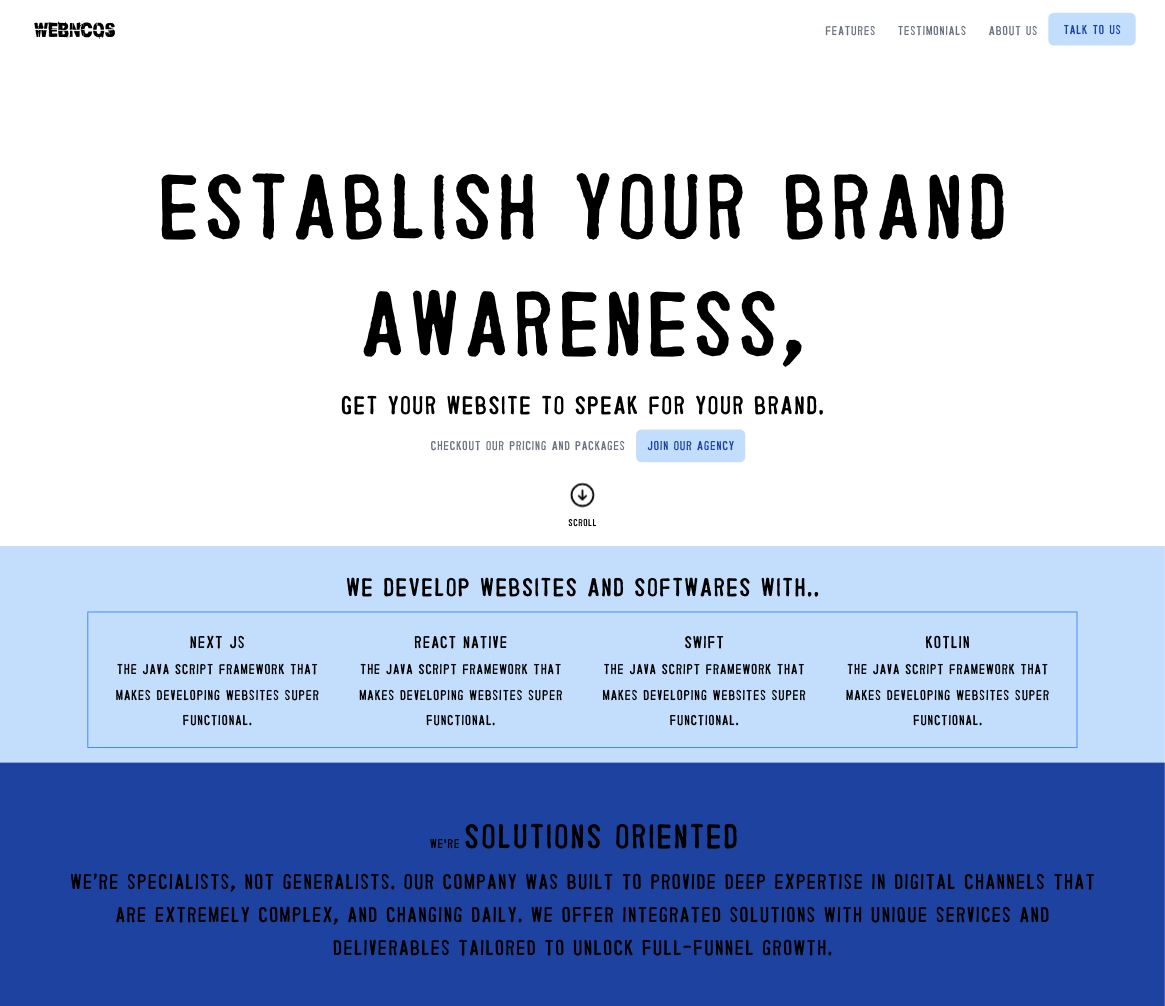
Repository: 1realjulius/webncos
Page: /
An editor plug-in stored every save of this project. The page is shown before and after the next save, followed by the edit.
The browser window is 1280 px wide. The pictures show the whole page, at 91% of full size.
The project was rebuilt for these pictures with package versions that can differ from the ones it lists, and the page was loaded fresh each time. The framework's server and built-in components were replaced by stand-ins that run in the browser. Also part of the build but not shown: next.config.js.

Above is the page before, as saved 2022-09-02 11:34:49.

### pages/index.tsx
import type { NextPage } from "next";
import Head from "next/head";
import ComingSoon from "../components/ComingSoon";
import MainHome from "../components/MainHome";
import NavigationBar from "../components/NavigationBar";

const Home: NextPage = () => {
  return (
    <div className="flex min-h-screen flex-col font-parcel">
      <Head>
        <title>Webncos</title>
        <meta
          name="description"
          content="Website and Software Development Agency."
        />
        <meta property="og:type" content="website" />
        <meta property="og:url" content="https://www.webncos.com/" />
        <meta
          property="og:title"
          content="Webncos — Website and Software Development Agency."
        />
        <meta
          property="og:description"
          content="Website and Software Development Agency."
        />
        {/* <meta property="og:image" content="/Assets/newmemoji.svg"/> */}
        {/* <meta property="twitter:card" content="/Assets/Julius_Eghan.jpg"/> */}
        <meta property="twitter:url" content="https://www.webncos.com/" />
        <meta
          property="twitter:title"
          content="Webncos — Website and Software Development Agency."
        />
        <meta
          property="twitter:description"
          content="Website and Software Development Agency."
        />
        {/* <meta property="twitter:image" content="/Assets/Julius_Eghan.jpg"/> */}
        <link rel="icon" href="/favicon.ico" />
        <link
          rel="apple-touch-icon"
          sizes="180x180"
          href="/apple-touch-icon.png"
        />
        <link
          rel="icon"
          type="image/png"
          sizes="32x32"
          href="/favicon-32x32.png"
        />
        <link
          rel="icon"
          type="image/png"
          sizes="16x16"
          href="/favicon-16x16.png"
        />
        <link rel="manifest" href="/site.webmanifest" />
        {/* <meta name="google-site-verification" content="0HesePHVymRqGiL70HUKPIq0Zsap0uUIb_Ci0DpImRY" /> */}
        <meta
          name="theme-color"
          content="#2563eb"
          media="(prefers-color-scheme: light)"
        />
        <meta
          name="theme-color"
          content="#2563eb"
          media="(prefers-color-scheme: dark)"
        />
      </Head>
      <NavigationBar />
      <MainHome />
    </div>
  );
};

export default Home;

### styles/globals.css
@tailwind base;
@tailwind components;
@tailwind utilities;

@layer base{
      @font-face{
        font-family: 'ApercuBold';
        src: url("/Fonts/ApercuPro-Bold.woff") format("woff"),url("/Fonts/ApercuPro-Bold.woff2") format("woff2");
      }
      @font-face{
        font-family: 'ApercuMedium';
        src: url("/Fonts/ApercuPro-Medium.woff") format("woff"),url("/Fonts/ApercuPro-Medium.woff2") format("woff2");
      }
      @font-face{
        font-family: 'circularBlack';
        src: url("/Fonts/circular-black.woff2") format("woff2");
      }
      @font-face{
        font-family: 'circularBold';
        src: url("/Fonts/circular-bold.woff2") format("woff2");
      }
      @font-face{
        font-family: 'circularBook';
        src: url("/Fonts/circular-book.woff2") format("woff2");
      }
      @font-face{
        font-family: 'circularMedium';
        src: url("/Fonts/circular-medium.woff2") format("woff2");
      }
      @font-face{
        font-family: 'parcel';
        src: url("/Fonts/parcel.woff2") format("woff2"), url("/Fonts/parcel.woff") format("woff");
      }
    }

### components/MainHome.tsx
import Link from "next/link";
import React from "react";
import Image from "next/image";
import FeatureImg from "/Assets/Julius_Eghan.jpg";
import FImg from "/Assets/Julius_Eghan.jpg";

const MainHome = () => {
  return (
    <div className="max-w-7xl">
      {/* header */}
      <div>
        <div className=" flex flex-col items-center justify-center mt-20 mb-4">
          <div className="pt-4 pb-2">
            <h1 className="text-6xl md:text-9xl text-center font-parcel px-2">
              ESTABLISH YOUR BRAND AWARENESS,
            </h1>
          </div>
          <div className="">
            <h2 className="text-2xl md:text-4xl font-parcel px-2">
              GET YOUR WEBSITE TO SPEAK FOR YOUR BRAND.
            </h2>
          </div>
          <div className="flex flex-col md:flex-row items-center">
            <div className="px-3 py-1 my-2">
              <Link href="#">
                <h3 className="text-gray-500 hover:text-gray-900 cursor-pointer text-lg">
                  Checkout Our Pricing And Packages
                </h3>
              </Link>
            </div>
            <Link href="#">
              <div className="px-3 py-1 rounded-md bg-blue-200 active:bg-blue-300 my-2 cursor-pointer">
                <h3 className="text-blue-800 text-lg">Join Our Agency</h3>
              </div>
            </Link>
          </div>
        </div>
        <div className=" flex flex-col mt-2 items-center justify-center pb-4">
            <span className="">
              <svg
                xmlns="http://www.w3.org/2000/svg"
                fill="none"
                viewBox="0 0 24 24"
                stroke-width="1.5"
                stroke="currentColor"
                className="w-8 h-8 animate-bounce"
              >
                <path
                  stroke-linecap="round"
                  stroke-linejoin="round"
                  d="M9 12.75l3 3m0 0l3-3m-3 3v-7.5M21 12a9 9 0 11-18 0 9 9 0 0118 0z"
                />
              </svg>
            </span>
            <span className="text-sm">Scroll</span>
          </div>
      </div>
      {/* We develop brands */}
      <div className="flex flex-col bg-blue-200 p-4 px-4 md:px-24 items-center justify-center">
        <div className="py-2">
          <h1 className="text-4xl">WE DEVELOP WEBSITES AND SOFTWARES WITH..</h1>
        </div>
        <div className="p-2 flex flex-col md:flex-row border border-blue-500">
          <div className="flex flex-row">
            <div className="p-2 text-center">
              <div>
                <h1 className="text-2xl">Next Js</h1>
              </div>
              <div>
                <p className="text- base md:text-xl">
                  The Java Script Framework that makes developing websites super
                  functional.
                </p>
              </div>
            </div>
            <div className="p-2 text-center">
              <div>
                <h1 className="text-2xl">React Native</h1>
              </div>
              <div>
                <p className="text- base md:text-xl">
                  The Java Script Framework that makes developing websites super
                  functional.
                </p>
              </div>
            </div>
          </div>
          <div className=" flex flex-row">
            <div className="p-2 text-center">
              <div>
                <h1 className="text-2xl">Swift</h1>
              </div>
              <div>
                <p className="text- base md:text-xl">
                  The Java Script Framework that makes developing websites super
                  functional.
                </p>
              </div>
            </div>
            <div className="p-2 text-center">
              <div>
                <h1 className="text-2xl">Kotlin</h1>
              </div>
              <div>
                <p className="text- base md:text-xl">
                  The Java Script Framework that makes developing websites super
                  functional.
                </p>
              </div>
            </div>
          </div>
        </div>
      </div>
      {/* Fameworks Used */}
      <div className="py-12 bg-blue-800">
        <div className="flex flex-col items-center justify-center mx-4">
          <h1 className="text-5xl py-2 flex items-baseline">
            <p className="text-lg px-1">We're</p> SOLUTIONS ORIENTED
          </h1>
          <p className="text-center text-2xl md:text-3xl md:px-14">
            We’re specialists, not generalists. Our company was built to provide
            deep expertise in digital channels that are extremely complex, and
            changing daily. We offer integrated solutions with unique services
            and deliverables tailored to unlock full-funnel growth.
          </p>
        </div>
      </div>
      {/* Services We offer (Features) */}
      <div></div>
      {/* Testimonials */}
      <div></div>
      {/* FAQs */}
      <div></div>
      {/* Other Sections */}
      <div></div>
    </div>
  );
};

export default MainHome;

### components/NavigationBar.tsx
/* This example requires Tailwind CSS v2.0+ */
import { Fragment } from "react";
import { Disclosure, Menu, Transition } from "@headlessui/react";
import { BellIcon, MenuIcon, XIcon } from "@heroicons/react/outline";
import Link from "next/link";
import Image from "next/image";

function classNames(...classes: string[]) {
  return classes.filter(Boolean).join(" ");
}

export default function NavigationBar() {
  return (
    <Disclosure as="nav" className="bg-white">
      {({ open }) => (
        <>
          <div className="max-w-7xl mx-auto px-4 sm:px-6 lg:px-8">
            <div className="flex justify-between h-16">
              <div className="flex">
                <div className="flex-shrink-0 flex items-center">
                  {/* the logo */}
                  <Link href="#">
                    <Image
                      src="/Assets/webncos-logo-lg.svg"
                      width={100}
                      height={22}
                      alt="webncos logo"
                      className=""
                    />
                  </Link>
                </div>
                <div className="hidden sm:ml-6 sm:flex sm:space-x-8"></div>
              </div>
              <div className="hidden sm:ml-6 sm:flex sm:items-center">
                <a
                  href="#"
                  className="text-gray-500 text-lg hover:text-gray-900 inline-flex items-center px-3 pt-1 "
                >
                  Features
                </a>
                <a
                  href="#"
                  className=" text-gray-500 hover:text-gray-900 inline-flex items-center px-3 pt-1  text-lg"
                >
                  Testimonials
                </a>
                <a
                  href="#"
                  className=" text-gray-500 hover:text-gray-900 inline-flex items-center px-3 pt-1  text-lg"
                >
                  About Us
                </a>
                <Link href="#">
                  <div className="px-4 py-1 bg-blue-200 active:bg-blue-300 rounded-md cursor-pointer">
                    <h2 className="text-blue-800 text-lg">Talk To Us</h2>
                  </div>
                </Link>
              </div>
              <div className="-mr-2 flex items-center sm:hidden">
                {/* Mobile menu button */}
                <Disclosure.Button className="inline-flex items-center justify-center p-2 rounded-full text-gray-400 hover:text-gray-500 hover:bg-gray-100 ">
                  <span className="sr-only">Open main menu</span>
                  {open ? (
                    <XIcon className="block h-6 w-6" aria-hidden="true" />
                  ) : (
                    <MenuIcon className="block h-6 w-6" aria-hidden="true" />
                  )}
                </Disclosure.Button>
              </div>
            </div>
          </div>

          <Disclosure.Panel className="sm:hidden border-2 rounded-lg px-2 mx-2">
            <div className="flex flex-col pt-2 space-y-1 items-center">
              <a
                className="hover:bg-gray-100 w-full text-center py-2 rounded-md text-lg"
                href="#"
              >
                Features
              </a>
              <a
                className="hover:bg-gray-100 w-full text-center py-2 rounded-md text-lg"
                href="#"
              >
                Testimonials
              </a>
              <a
                className="hover:bg-gray-100 w-full text-center py-2 rounded-md text-lg"
                href="#"
              >
                About Us
              </a>
            </div>
            <div className="flex py-2 items-center justify-center">
              <Link href="#">
                <div className="px-3 py-1 bg-blue-200 active:bg-blue-300 rounded-md cursor-pointer">
                  <h2 className="text-blue-800 text-lg">Contact Us</h2>
                </div>
              </Link>
            </div>
          </Disclosure.Panel>
        </>
      )}
    </Disclosure>
  );
}

### tailwind.config.js
/** @type {import('tailwindcss').Config} */
module.exports = {
  content: [
    './pages/**/*.{js,ts,jsx,tsx}',
    './components/**/*.{js,ts,jsx,tsx}',
    "./node_modules/flowbite-react/**/*.js",
  ],
  theme: {
    extend: {
      fontFamily: {
        ApercuBold: 'ApercuBold, sans',
        ApercuMedium: 'ApercuMedium, sans',
        circularBlack: 'circularBlack, sans',
        circularBold: 'circularBold, sans',
        circularBook: 'circularBook, sans',
        circularMedium: 'circularMedium, sans',
        parcel: 'parcel, sans',
      },
    },
  },
  plugins: [
    require("flowbite/plugin")
  ],
}

Loaded but not shown: pages/_app.tsx (common file); pages/api/hello.ts (common file)

After the next save:
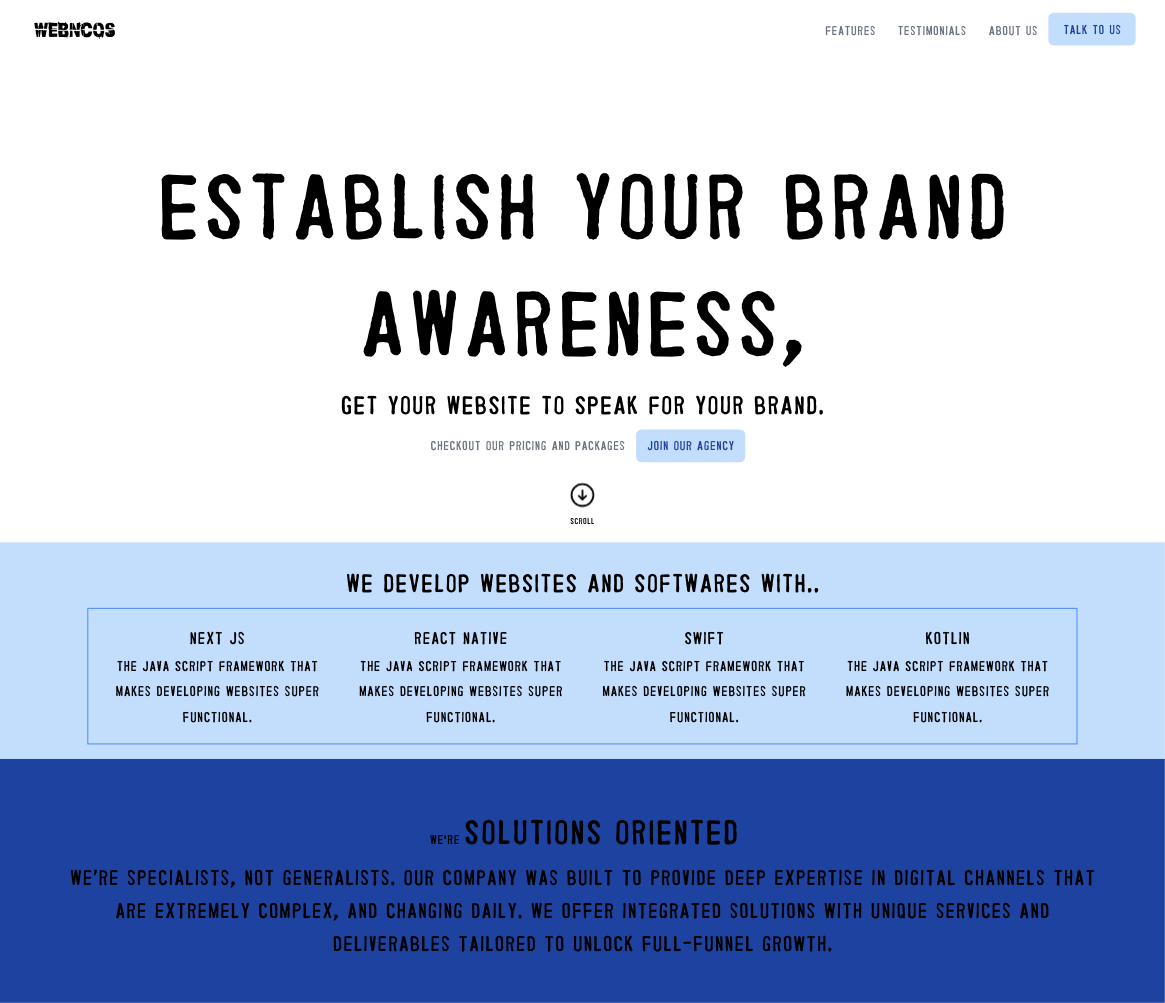
Saved 7 s later.
--- a/components/MainHome.tsx
+++ b/components/MainHome.tsx
@@ -52,7 +52,7 @@ const MainHome = () => {
                 />
               </svg>
             </span>
-            <span className="text-sm">Scroll</span>
+            <span className="text-xs">Scroll</span>
           </div>
       </div>
       {/* We develop brands */}

After the save that followed:
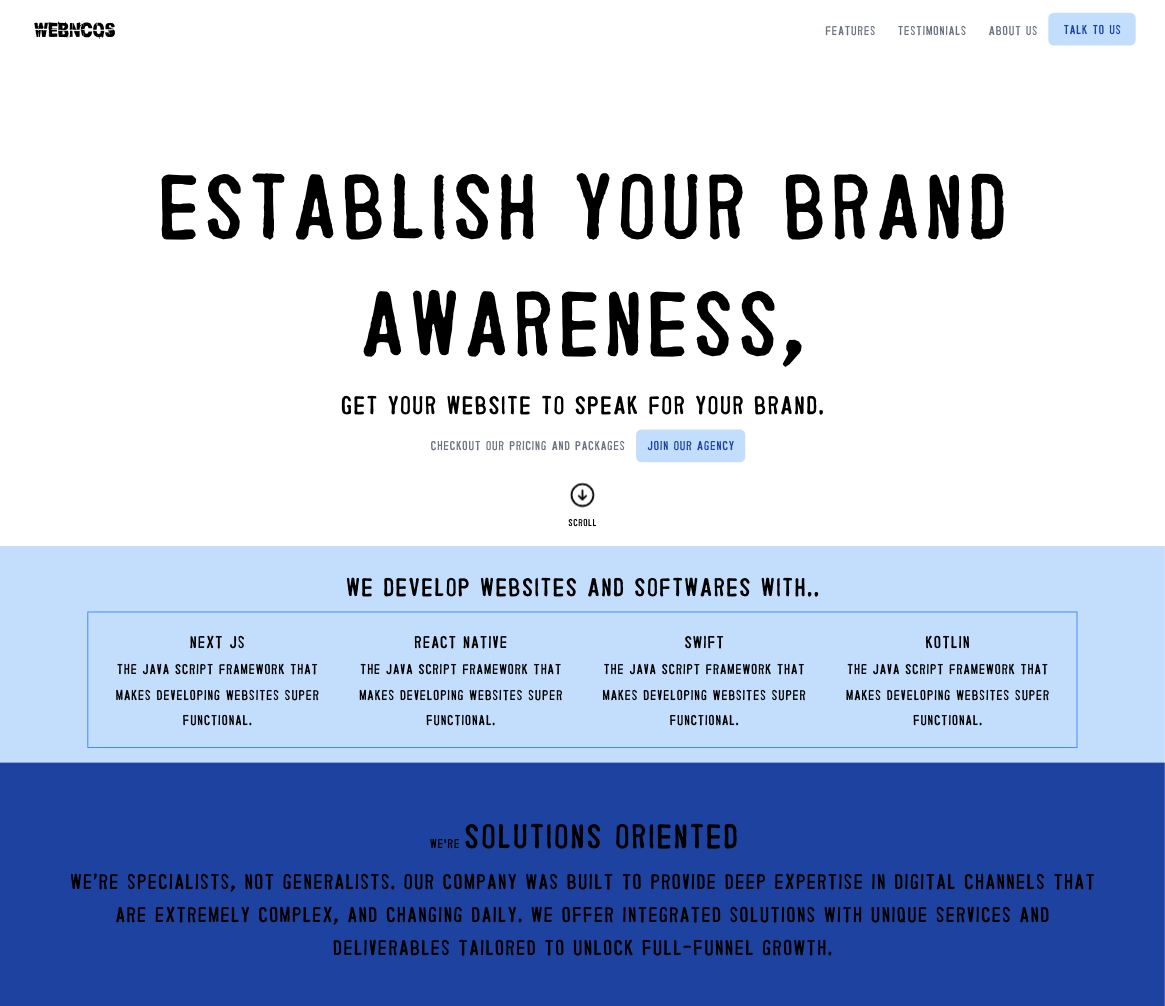
Saved 5 s later.
--- a/components/MainHome.tsx
+++ b/components/MainHome.tsx
@@ -52,7 +52,7 @@ const MainHome = () => {
                 />
               </svg>
             </span>
-            <span className="text-xs">Scroll</span>
+            <span className="text-sm">Scroll</span>
           </div>
       </div>
       {/* We develop brands */}
